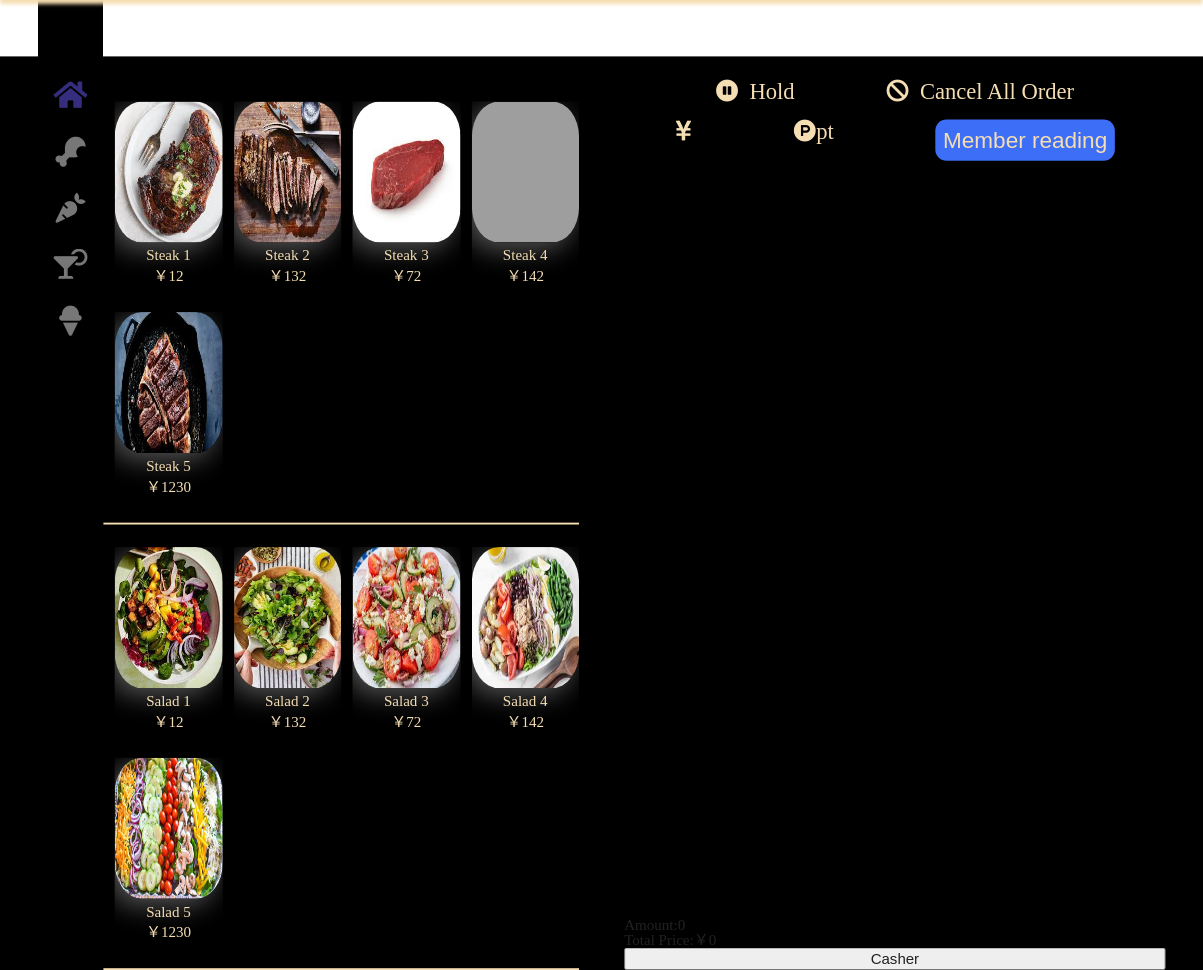
Repository: vuhungson158/Menu
Page: /
An editor plug-in stored every save of this project. The page is shown before and after the next save, followed by the edit.
The browser window is 1280 px wide. The pictures show the whole page, at 94% of full size.
Pictures or frames that could not be fetched are drawn as grey boxes. The project was rebuilt for these pictures with package versions that can differ from the ones it lists, and the page was loaded fresh each time. Also part of the build but not shown: src/component/mainMenu/orderBlock/orderContent/OrderedItem.jsx, src/redux-store/actions/HoldActions.jsx, src/component/mainMenu/orderBlock/utilities/HoldItem.jsx.

Above is the page before, as saved 2021-08-22 10:23:10.

### public/index.html
<!DOCTYPE html>
<html lang="en">
  <head>
    <meta charset="utf-8" />
    <link rel="icon" href="%PUBLIC_URL%/favicon.ico" />
    <meta name="viewport" content="width=device-width, initial-scale=1" />
    <meta name="theme-color" content="#000000" />
    <meta
      name="description"
      content="Web site created using create-react-app"
    />
    <link rel="apple-touch-icon" href="%PUBLIC_URL%/logo192.png" />
    <!--
      manifest.json provides metadata used when your web app is installed on a
      user's mobile device or desktop. See https://developers.google.com/web/fundamentals/web-app-manifest/
    -->
    <link rel="manifest" href="%PUBLIC_URL%/manifest.json" />
    <link rel="stylesheet" href="fontawesome-5.15.3-web/css/all.min.css">

    <!--
      Notice the use of %PUBLIC_URL% in the tags above.
      It will be replaced with the URL of the `public` folder during the build.
      Only files inside the `public` folder can be referenced from the HTML.

      Unlike "/favicon.ico" or "favicon.ico", "%PUBLIC_URL%/favicon.ico" will
      work correctly both with client-side routing and a non-root public URL.
      Learn how to configure a non-root public URL by running `npm run build`.
    -->
    <title>Restaurant Menu</title>
  </head>
  <body>
    <noscript>You need to enable JavaScript to run this app.</noscript>
    <div id="root"></div>
    <!--
      This HTML file is a template.
      If you open it directly in the browser, you will see an empty page.

      You can add webfonts, meta tags, or analytics to this file.
      The build step will place the bundled scripts into the <body> tag.

      To begin the development, run `npm start` or `yarn start`.
      To create a production bundle, use `npm run build` or `yarn build`.
    -->
  </body>
</html>

### src/redux-store/index.jsx
import { createStore, applyMiddleware } from "redux";
import { composeWithDevTools } from "redux-devtools-extension";
import thunk from "redux-thunk";
import rootReducer from "./reducers";

const initialState = {};

const middleware = [thunk];

const store = createStore(
    rootReducer,
    initialState,
    composeWithDevTools(applyMiddleware(...middleware))
);

export default store;

### src/component/mainMenu/index.jsx
import React from 'react';
import CenterMenu from './centerMenu';
import OrderBlock from './orderBlock';

const MainMenu = () => {
    return (
        <div id="main-menu">
            <div className="container">
                <div className="grid">
                    <CenterMenu />
                    <OrderBlock />
                </div>
            </div>
        </div >
    )
}

export default MainMenu

### src/styles/App.scss
@import "./_variables";
@import "./mixin";

* {
    box-sizing: border-box;
    font-family: "Fira sans", sans-serif;
}
body {
    font-size: 10px;
}

@media (max-width: $breakpoint_mobile) {
    :root {
        --container_width: 100%;
    }
}
@media (min-width: $breakpoint_mobile) {
    :root {
        --container_width: 720px;
    }
}
@media (min-width: $breakpoint_ipad) {
    :root {
        --container_width: 960px;
    }
}
@media (min-width: $breakpoint_sm_pc) {
    :root {
        --container_width: 1200px;
    }
}
@media (min-width: $breakpoint_pc) {
    :root {
        --container_width: 1800px;
    }
}

.container {
    margin: 0 auto;
    max-width: var(--container_width);
}

#navbar {
    position: fixed;
    height: $navbar_height;
    top: 0;
    left: 0;
    right: 0;
    z-index: $navbar_z-index;
    background-color: $background-color_1st;
    color: $color_1st;
    box-shadow: 0 4px 4px 0 $color_1st;
    transition: 0.5s;

    .container {
        position: relative;
        display: flex;
        align-items: center;
        justify-content: space-between;

        h1 {
            color: $color_1st;
            font-size: 3.6rem;
            font-weight: 900;
            letter-spacing: 2px;
            text-transform: uppercase;
        }

        #clock {
            font-size: 2.4rem;
            font-weight: 600;
        }

        .setting-icon {
            display: block;
            position: relative;
            z-index: 1;
            user-select: none;
            appearance: none;
            border: none;
            outline: none;
            background: none;
            cursor: pointer;

            span {
                display: block;
                position: relative;
                width: 36px;
                height: 4px;
                margin-bottom: 6px;
                background-color: $background-color_2nd;
                border-radius: 10%;
                z-index: 1;
                transform-origin: 0 0;
                transition: 0.5s;
            }

            &:hover span:nth-child(2) {
                background-color: $color_3rd;
            }

            &.active {
                span:nth-child(1) {
                    transform: translate(0px, -2px) rotate(45deg);
                }
                span:nth-child(2) {
                    opacity: 0;
                    transform: translateX(36px);
                }
                span:nth-child(3) {
                    transform: translate(-3px, 3px) rotate(-45deg);
                }
            }
            .setting-menu {
                position: absolute;
                right: 0;
                border: 2px solid $color_2nd;
                border-radius: 5%;
                overflow: hidden;
                padding: 12px;
                background-color: $background-color_1st;
                cursor: auto;
                animation: dropDown 0.2s;

                li {
                    min-width: 120px;
                    cursor: pointer;
                    text-align: center;
                    padding: 12px 8px;
                    font-size: 1.6rem;
                    transition: 0.2s;
                    &:hover {
                        transform: scale(1.2);
                        color: $color_3rd;
                    }
                }
            }
        }
    }
}

#main-menu {
    background-color: $background-color_1st;
    margin-top: $navbar_height;
    min-height: 100vh;
    .container {
        padding-top: 24px;
        .grid {
            --margin_left: 48px;
            display: flex;
            margin-left: calc(-1 * var(--margin_left));
            #center-menu,
            #order-block {
                margin-left: var(--margin_left);
                width: calc(50% - var(--margin_left));
            }
            #center-menu {
                --side-nav_width: 70px;
                #side-nav {
                    position: fixed;
                    top: 0;
                    bottom: 0;
                    width: var(--side-nav_width);
                    background: $background-color_1st;
                    overflow: hidden;
                    transition: width 0.2s;
                    z-index: 1;
                    &:hover {
                        width: 300px;
                    }
                    ul {
                        position: absolute;
                        top: 0;
                        left: 0;
                        width: 100%;
                        padding-left: 5px;
                        top: 10%;
                        li {
                            opacity: 0.5;
                            a {
                                position: relative;
                                display: block;
                                width: 100%;
                                display: flex;
                                text-decoration: none;
                                color: $color_2nd;
                                font-size: 2rem;
                                .icon {
                                    position: relative;
                                    display: block;
                                    min-width: 60px;
                                    height: 60px;
                                    line-height: 60px;
                                    text-align: center;
                                    i {
                                        position: relative;
                                        font-size: 2rem;
                                        z-index: 1;
                                    }
                                }
                                .title {
                                    position: relative;
                                    display: block;
                                    padding-left: 10px;
                                    height: 60px;
                                    line-height: 60px;
                                    white-space: nowrap;
                                }
                            }
                            &.active,
                            &:hover {
                                .icon,
                                .title {
                                    transition: 0.2s;
                                    color: $color_3rd;
                                }
                            }
                        }
                    }
                }
                #menu {
                    margin-left: calc(var(--side-nav_width) + 12px);
                    .page {
                        --spacing: 12px;
                        --columns: 4;
                        display: flex;
                        flex-wrap: wrap;
                        margin-left: calc(-1 * var(--spacing));
                        margin-top: calc(2 * var(--spacing));
                        border-bottom: 2px solid $background-color_2nd;
                        .food-item {
                            overflow: hidden;
                            margin-left: var(--spacing);
                            width: calc(100% / var(--columns) - var(--spacing));
                            display: flex;
                            flex-direction: column;
                            height: 200px;
                            cursor: pointer;
                            margin-bottom: calc(2 * var(--spacing));
                            transition: 0.2s;
                            &:hover .food-img {
                                box-shadow: 7px -7px 28px 0 $background-color_3rd;
                            }
                            .food-img {
                                height: 150px;
                                border-radius: 25%;
                                box-shadow: -7px 7px 28px 0 $box-shadow-color;
                            }
                            .food-name,
                            .food-price {
                                color: $color_1st;
                                text-align: center;
                                margin-top: calc(0.5 * var(--spacing));
                            }
                        }
                    }
                }
            }
            #order-block {
                display: flex;
                flex-direction: column;
                #utilities {
                    position: relative;
                    display: flex;
                    color: $color_1st;
                    justify-content: space-evenly;
                    font-size: 1.5rem;
                    z-index: 1;
                    & > div {
                        cursor: pointer;
                        transition: 0.2s;
                        &:hover {
                            color: $color_3rd;
                        }
                    }
                    #hold-table {
                        position: absolute;
                        left: 0;
                        width: 100%;
                        z-index: 100;
                        background-color: $background-color_1st;
                        border: 1px solid $background-color_2nd;
                        cursor: default;
                        text-align: center;
                        margin-top: 24px;
                        animation: dropDown 0.2s;
                        &:hover {
                            color: $color_1st;
                        }
                        thead {
                            background-color: $background-color_4th;
                            td {
                                color: $color_1st;
                                padding: 6px 0;
                                font-weight: 600;
                            }
                        }
                        tbody {
                            tr {
                                transition: 0.2s;
                                cursor: pointer;
                                box-sizing: border-box;
                                td {
                                    padding: 24px 0;
                                }
                                &:hover {
                                    color: $color_3rd;
                                    border: 1px solid $background-color_2nd;
                                }
                            }
                        }
                    }
                }
                #member-info{
                    display: flex;
                    justify-content: space-around;
                    color: $color_1st;
                    font-size: 1.5rem;
                    margin-top: 18px;
                    .member-reading{
                        border-radius: 12px;
                        border: 0;
                        background-color: $background-color_4th;
                        color: $color_1st;
                        padding: 8px;
                        &:hover{
                            opacity: 0.8;
                        }
                    }
                }
                #order-list {
                    flex-grow: 1;
                }
            }
        }
    }
}

### src/redux-store/reducers/index.jsx
import { combineReducers } from "redux";
import HoldReducer from "./HoldReducer";
import MenuReducer from "./MenuReducer";
import OrderReducer from "./OrderReducer";

const rootReducer = combineReducers({
    menu: MenuReducer,
    order: OrderReducer,
    hold:HoldReducer
});

export default rootReducer;

### src/component/mainMenu/centerMenu/index.jsx
import React from 'react';
import MenuPage from './MenuPage';
import PropTypes from 'prop-types';
import { connect } from 'react-redux';
import SideBar from './sidebar';

const CenterMenu = ({ foods }) => {
    return (
        <div id="center-menu">
            <SideBar />
            <div id="menu">
                {
                    Object.entries(foods).map(page => (
                        <MenuPage key={page[0]} page={page[1]} />
                    ))
                }
            </div>
        </div >
    )
};

CenterMenu.prototype = {
    foods: PropTypes.array.isRequired,
};

const mapStateToProps = state => ({
    foods: state.menu.foods
});

export default connect(mapStateToProps)(CenterMenu)

### src/component/mainMenu/orderBlock/index.jsx
import React from 'react'
import MemberInfo from './MemberInfo'
import OrderedContent from './orderContent'
import Utilities from './utilities'


const OrderBlock = () => {

    return (
        <div id="order-block" className="d-flex flex-column">
            <Utilities />
            <MemberInfo />
            <OrderedContent />
            <button id="casher-btn" className="btn btn-primary">Casher</button>
        </div>
    )
}

export default OrderBlock

### src/component/navbar/Clock.jsx
import React, { useEffect, useState } from 'react'
import { showTime } from '../../pure-JS/MyTime';

const Clock = () => {

    const [clock, setClock] = useState("")

    useEffect(() => {
        const intervalClock = setInterval(() => setClock(showTime()), 1000);
        return () => clearInterval(intervalClock);
    }, []);

    return (
        <div id="clock">{clock ? clock : showTime()}</div>
    )
}

export default Clock

### src/styles/_variables.scss
:root {
    --spacing: 0;
    --container_width: 0;
    --columns: 0;
}

// Color
$color_1st: wheat;
$color_2nd: #eee;
$color_3rd: #6a5af9;
$color_4th: #3d6ef7;
$color_light: #ededed;
$color_dark: black;

$box-shadow-color: #555;

// Background Color
$background-color_1st: black;
$background-color_2nd: wheat;
$background-color_3rd: #6a5af9;
$background-color_4th: #3D6EF7;;

// z-index
$navbar_z-index: 99;

// Height
$navbar_height: 60px;

// Width
$breakpoint_mobile: 768px;
$breakpoint_ipad: 1024px;
$breakpoint_sm_pc: 1224px;
$breakpoint_pc: 1824px;

### src/styles/_mixin.scss
@keyframes dropDown {
    0% {
        transform: translateY(-100px);
    }
    100% {
        transform: skewY(0);
    }
}

### src/redux-store/reducers/HoldReducer.jsx
import { MAKE_HOLD } from "../actions/TYPE";

var initialState = {
    holder: [{}, {}, {}, {}, {}, {}, {}, {}, {}, {}]
}

const HoldReducer = (state = initialState, action) => {
    const { type, payload } = action;

    switch (type) {
        case MAKE_HOLD:
            if (payload.totalAmount === 0) {
                state.holder[payload.index] = {};
                return state;
            } else {
                state.holder[payload.index] = payload;
                return state;
            }
        default:
            return state;
    }
};

export default HoldReducer;

### src/redux-store/reducers/MenuReducer.jsx
import { SWITCH_BRANCH } from "../actions/TYPE";
import { MenuInitialState } from "./MenuInitialState";

const MenuReducer = (state = MenuInitialState, action) => {
    const { type, payload } = action;

    switch (type) {
        case SWITCH_BRANCH:
            return {
                ...state,
                branchs: state.branchs.map((branch) => {
                    if (branch.id === payload) branch.active = true;
                    else if (branch.active) branch.active = false;
                    return branch;
                })
            };
        default:
            return state;
    }
};

export default MenuReducer;

### src/component/mainMenu/centerMenu/MenuPage.jsx
import React from 'react'
import MenuItem from './MenuItem'

const MenuPage = ({ page }) => {
    return (
        <div className="page">
            {
                page.map((food) => (
                    <MenuItem key={food.id} food={food} />
                ))
            }
        </div>
    )
}

export default MenuPage

### src/component/mainMenu/orderBlock/MemberInfo.jsx
import React from 'react'

const MemberInfo = () => {
    return (
        <div id="member-info">
            <div>
                <i className="fas fa-yen-sign"></i>
                <span></span>
            </div>
            <div>
                <i className="fab fa-product-hunt"></i>
                <span>pt</span>
            </div>
            <button className="member-reading">
                Member reading
            </button>
        </div>
    )
}

export default MemberInfo

### src/component/mainMenu/centerMenu/MenuItem.jsx
import React from 'react'
import PropTypes from 'prop-types';
import { connect } from 'react-redux';
import { addToOrder } from '../../../redux-store/actions/OrderActions';

const MenuItem = ({ food, addToOrder }) => {

    return (
        <div className="food-item" key={food.id} onClick={() => { addToOrder(food) }}>
            <img className="food-img" src={food.img} alt="" />
            <div className="food-name">{food.name}</div>
            <div className="food-price">￥{food.price}</div>
        </div>
    )
}

MenuItem.prototype = {
    addToOrder: PropTypes.func.isRequired,
};

const mapStateToProps = state => ({
});

export default connect(mapStateToProps, { addToOrder })(MenuItem)

### src/redux-store/actions/MenuActions.jsx
import { SWITCH_BRANCH } from "./TYPE";


export const switchBranch = newID => dispatch => {
    dispatch({
        type: SWITCH_BRANCH,
        payload: newID
    })
};

### src/redux-store/actions/OrderActions.jsx
import { ADD_ORDER, AMOUNT_DOWN, AMOUNT_UP, CHANGE_AMOUNT, CLEAR_ALL, HOLD_TO_ORDER } from "./TYPE";
import { v4 as uuidV4 } from "uuid";

export const addToOrder = item => dispatch => {
    dispatch({
        type: ADD_ORDER,
        payload: { ...item, id: uuidV4(), amount: 1 }
    })
};

export const holdToOrder = orders => dispatch => {
    dispatch({
        type: HOLD_TO_ORDER,
        payload: orders
    })
};

export const changeAmount = (id, amount) => dispatch => {
    dispatch({
        type: CHANGE_AMOUNT,
        payload: { id, amount: parseInt(amount, 10) }
    })
};

export const amountUp = id => dispatch => {
    dispatch({
        type: AMOUNT_UP,
        payload: id
    })
};

export const amountDown = (id, amount) => dispatch => {
    dispatch({
        type: AMOUNT_DOWN,
        payload: { id, amount }
    })
};

export const clearAll = () => dispatch => {
    dispatch({
        type: CLEAR_ALL,
        payload: null
    })
};

Loaded but not shown: src/serviceWorker.js (common file); src/styles/Reset.css (common file); public/fontawesome-5.15.3-web/css/all.min.css (library); src/redux-store/reducers/MenuInitialState.js (124 lines, source omitted); src/index.js (20 lines, source omitted); src/redux-store/actions/TYPE.js (13 lines, source omitted); src/pure-JS/MyTime.js (13 lines, source omitted); src/App.js (16 lines, source omitted); src/redux-store/reducers/OrderReducer.jsx (71 lines, source omitted); src/component/mainMenu/orderBlock/utilities/index.jsx (54 lines, source omitted); src/component/navbar/index.jsx (47 lines, source omitted); src/component/mainMenu/orderBlock/orderContent/index.jsx (43 lines, source omitted); src/component/mainMenu/centerMenu/sidebar/index.jsx (34 lines, source omitted)

After the next save:
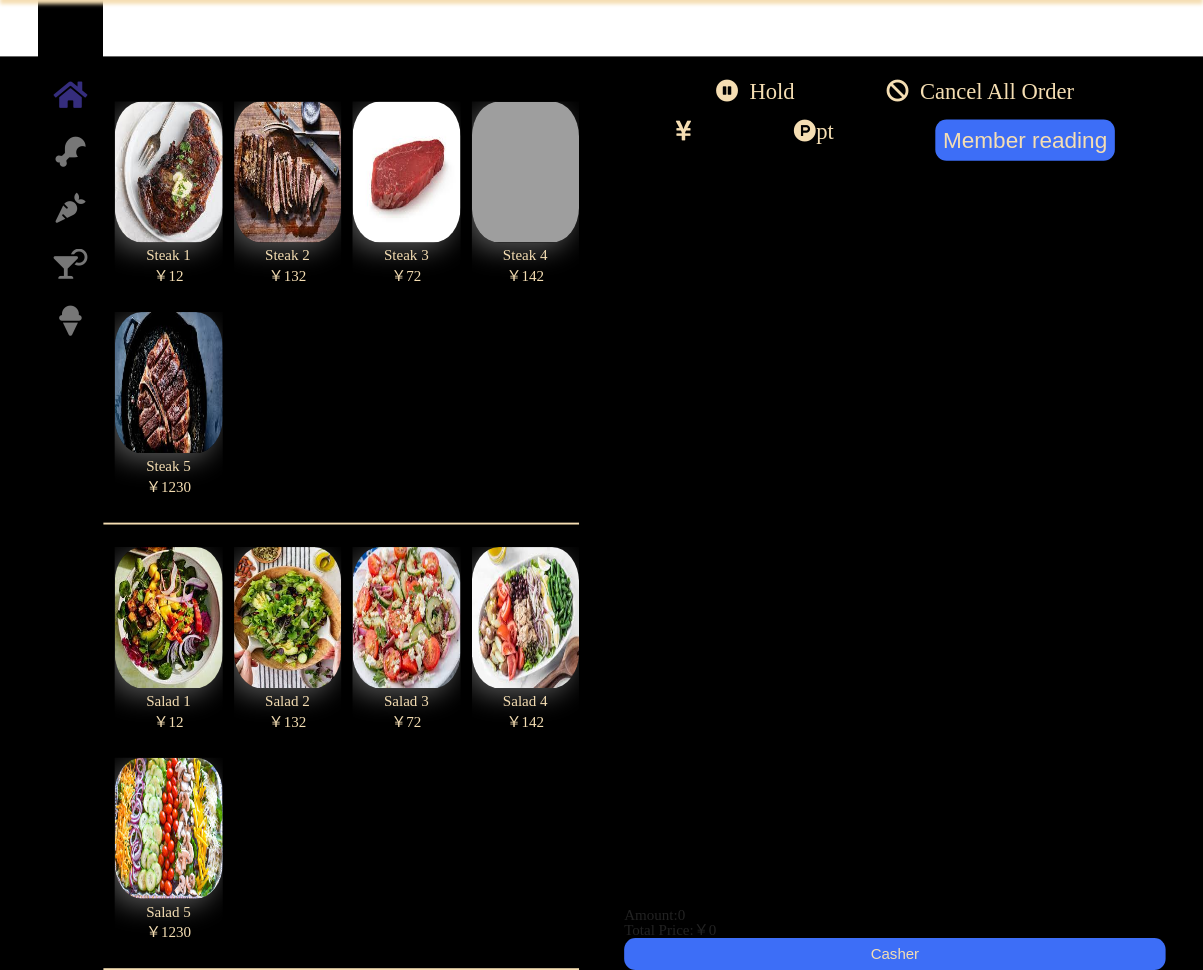
Saved 41 s later.
--- a/src/styles/App.scss
+++ b/src/styles/App.scss
@@ -311,19 +311,19 @@ body {
                         }
                     }
                 }
-                #member-info{
+                #member-info {
                     display: flex;
                     justify-content: space-around;
                     color: $color_1st;
                     font-size: 1.5rem;
                     margin-top: 18px;
-                    .member-reading{
+                    .member-reading {
                         border-radius: 12px;
                         border: 0;
                         background-color: $background-color_4th;
                         color: $color_1st;
                         padding: 8px;
-                        &:hover{
+                        &:hover {
                             opacity: 0.8;
                         }
                     }
@@ -331,6 +331,16 @@ body {
                 #order-list {
                     flex-grow: 1;
                 }
+                #casher-btn {
+                    border-radius: 12px;
+                    border: 0;
+                    background-color: $background-color_4th;
+                    color: $color_1st;
+                    padding: 8px;
+                    &:hover {
+                        opacity: 0.8;
+                    }
+                }
             }
         }
     }
